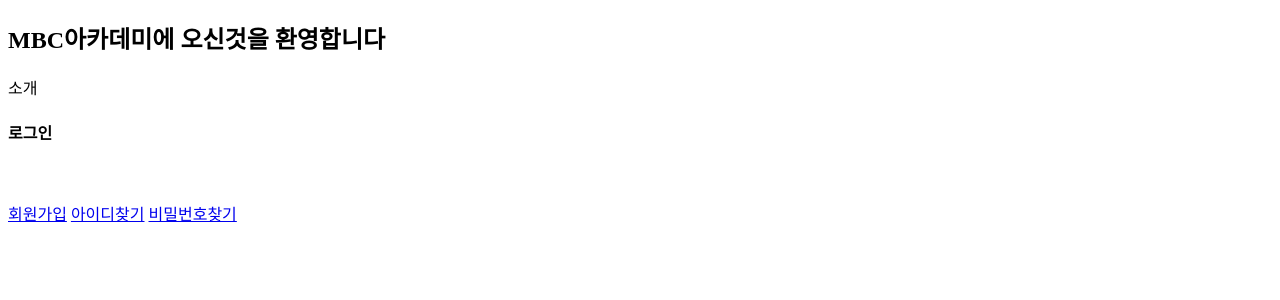
Repository: AHJ2616/Java
Page: http://localhost/board-jsp/Practice/ForRequest.jsp
An editor plug-in stored every save of this project. The page is shown before and after the next save, followed by the edit.
The browser window is 1280 px wide. The pictures show the whole page.
The page is served by Tomcat 9. Other server files are loaded and not shown.

Above is the page before, as saved 2024-07-23 08:36:51.

### jsp_workspace/board-jsp/src/main/webapp/Practice/ForRequest.jsp
<%@ page language="java" contentType="text/html; charset=UTF-8"
    pageEncoding="UTF-8"%>
<!DOCTYPE html>
<html>
<head>
<meta charset="UTF-8">
<title>메인화면</title>
</head>
<body>
<div>
<h2>MBC아카데미에 오신것을 환영합니다</h2>
<P>소개</P>
</div>

<div>
<h4>로그인</h4> <br>
<form name="login+form" action="login.jsp" method="post">

</form>
<br>
<a href="register.jsp" >회원가입</a>
<a href="find_id.jsp" >아이디찾기</a>
<a href="find_pw.jsp" >비밀번호찾기</a>
</div>


</body>
</html>

After the next save:
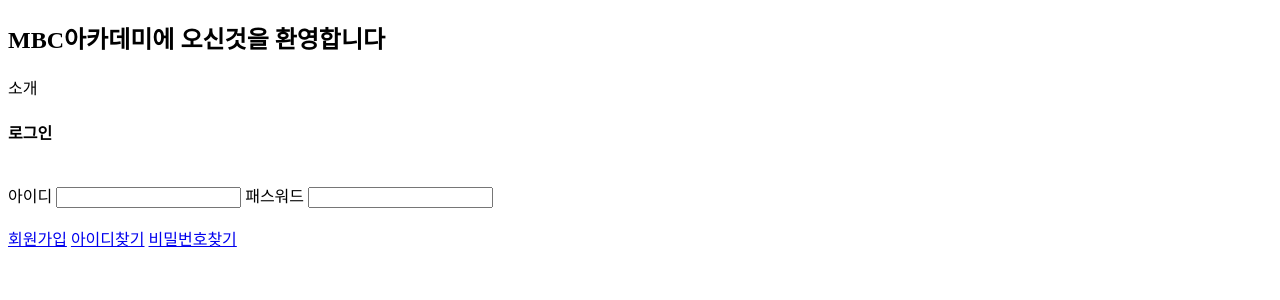
Saved 84 s later.
--- a/jsp_workspace/board-jsp/src/main/webapp/Practice/ForRequest.jsp
+++ b/jsp_workspace/board-jsp/src/main/webapp/Practice/ForRequest.jsp
@@ -15,7 +15,8 @@
 <div>
 <h4>로그인</h4> <br>
 <form name="login+form" action="login.jsp" method="post">
-
+아이디 <input type="text" />
+패스워드 <input type="password" />
 </form>
 <br>
 <a href="register.jsp" >회원가입</a>
